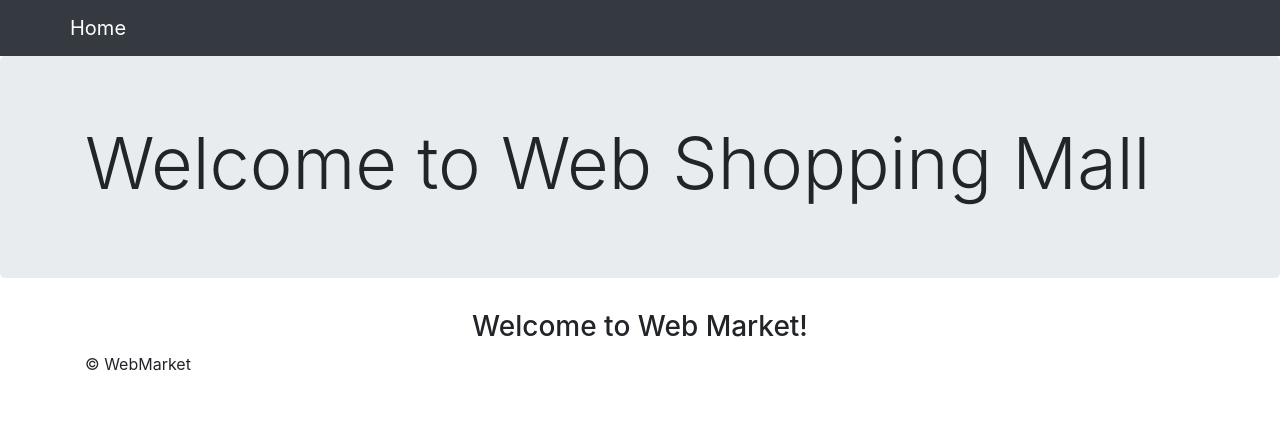
Repository: ifpi98/java_e
Page: http://localhost/jspproject/welcome.jsp
The author's editor kept a copy of each file at every save. The page is drawn from the files as they stood at one save, then again after the next save.
The browser window is 1280 px wide. The pictures show the whole page.
The page is served by Tomcat 9.

Above is the page before, as saved 2023-07-06 04:07:54.

After the next save:
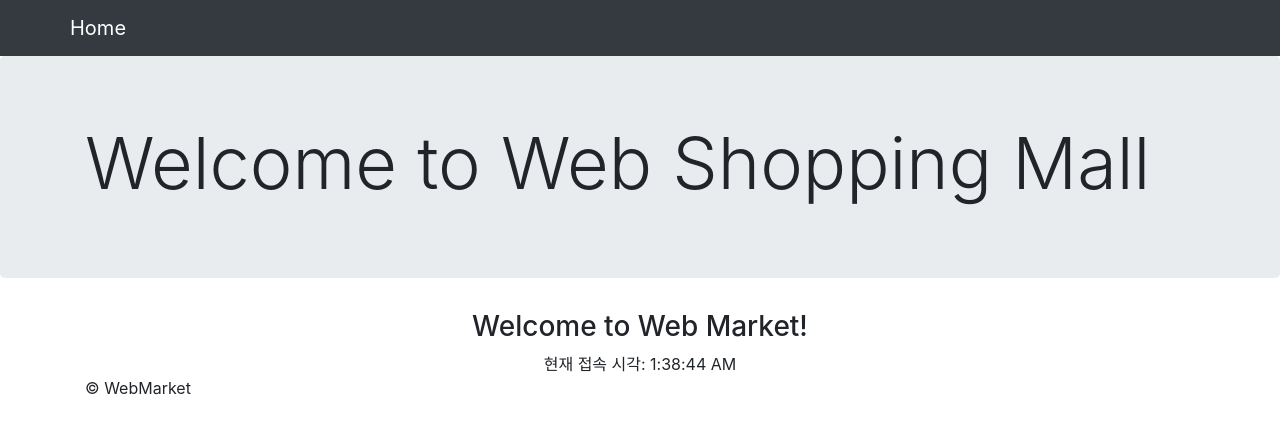
Saved 100 min 32 s later.
--- a/jspproject/src/main/webapp/welcome.jsp
+++ b/jspproject/src/main/webapp/welcome.jsp
@@ -1,5 +1,7 @@
+<%@page import="java.util.Date"%>
 <%@ page language="java" contentType="text/html; charset=EUC-KR"
     pageEncoding="EUC-KR"%>
+
 <!DOCTYPE html>
 <html>
 <head>
@@ -36,6 +38,21 @@
 				<h3>
 					<%= tagline %>
 				</h3>
+				<%
+					Date day = new java.util.Date();
+					String am_pm;
+					int hour = day.getHours();
+					int minute = day.getMinutes();
+					int second = day.getSeconds();
+					if (hour / 12 == 0){
+						am_pm = "AM";
+					} else {
+						am_pm = "PM";
+						hour = hour - 12;
+					}
+					String CT = hour + ":" + minute + ":" + second + " " + am_pm;
+					out.println("현재 접속 시각: " + CT + "\n");
+				%>
 			</div>
 		</div>
 	</main>
